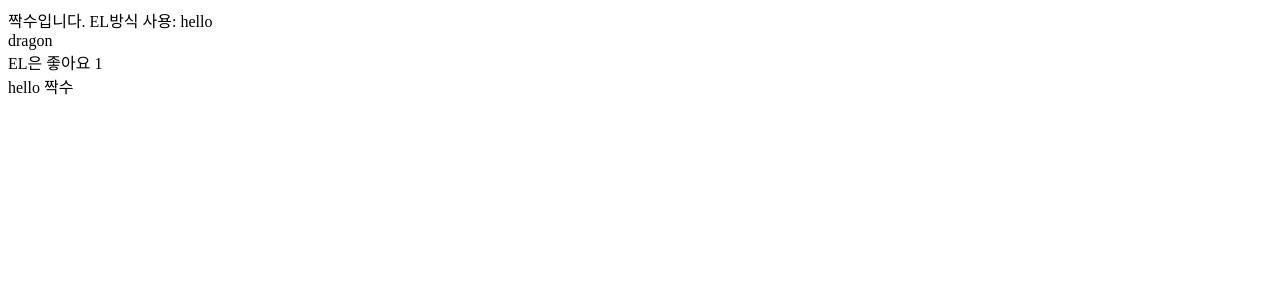
Repository: tokyj515/jsp_study
Page: http://localhost/JSPProj/spag
An editor plug-in stored every save of this project. The page is shown before and after the next save, followed by the edit.
The browser window is 1280 px wide. The pictures show the whole page.
The page is served by Tomcat 9.

Above is the page before, as saved 2022-03-08 12:36:16.

After the next save:
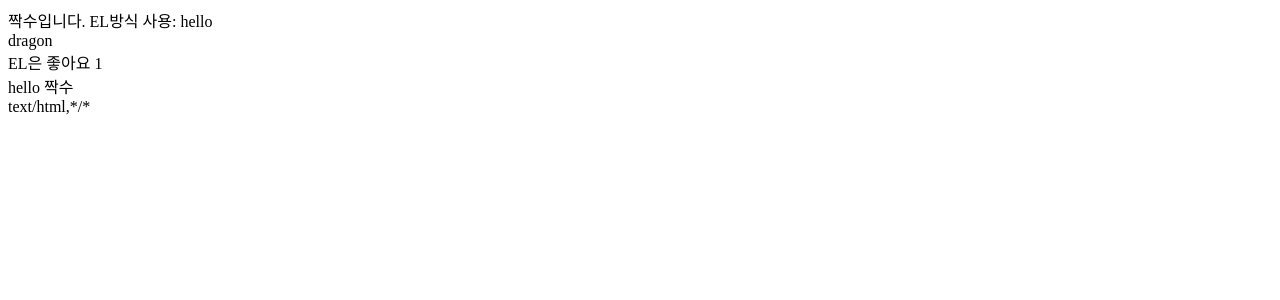
Saved 79 s later.
--- a/JSPProj/src/main/webapp/spag.jsp
+++ b/JSPProj/src/main/webapp/spag.jsp
@@ -20,7 +20,7 @@ pageContext.setAttribute("result", "hello"); //페이지객체
 	${result}  <!-- page에 있는 hello -->
 	${requestScope.result}<br > <!-- request에 있는 짝수 -->
 	${param.n}
-
+	${header.accept}
 
 </body>
 </html>
